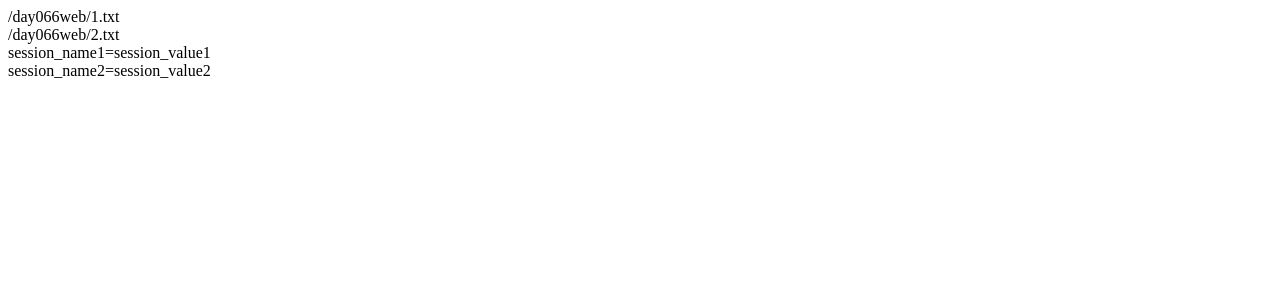
Repository: byuan98/study
Page: http://localhost/day066web/jsp/TestOne.jsp
An editor plug-in stored every save of this project. The page is shown before and after the next save, followed by the edit.
The browser window is 1280 px wide. The pictures show the whole page.
The page is served by Tomcat 9.

Above is the page before, as saved 2021-03-25 14:47:50.

After the next save:
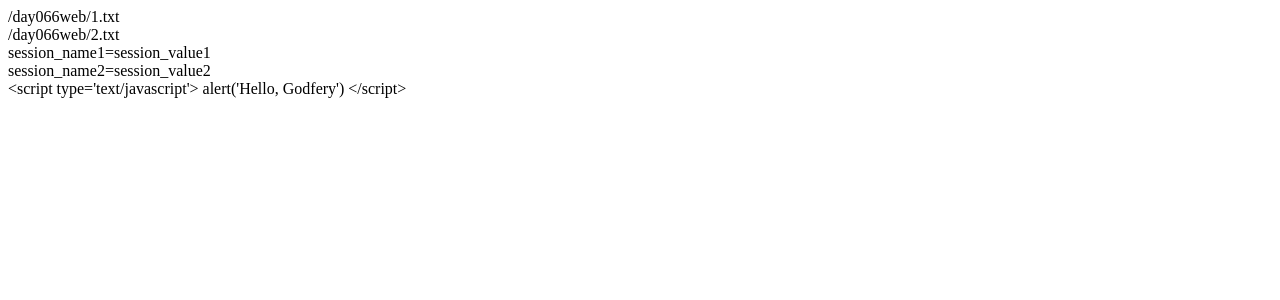
Saved 14 s later.
--- a/day066web/WebContent/jsp/TestOne.jsp
+++ b/day066web/WebContent/jsp/TestOne.jsp
@@ -27,7 +27,7 @@
   <!-- 3、out标签 -->
     <!-- outb标签作用：输出域属性 -->
     <core:set value="<script type='text/javascript'> alert('Hello, Godfery') </script>" var="text1"/>
-    <%--<core:out value="${text1}" default="默认值" escapeXml="true"/><!-- 无弹窗 --> --%>
+    <core:out value="${text1}" default="默认值" escapeXml="true"/><!-- 无弹窗 -->
     <core:out value="${text1}" default="默认值" escapeXml="false"/><!-- 有弹窗 -->
 
 </body>
